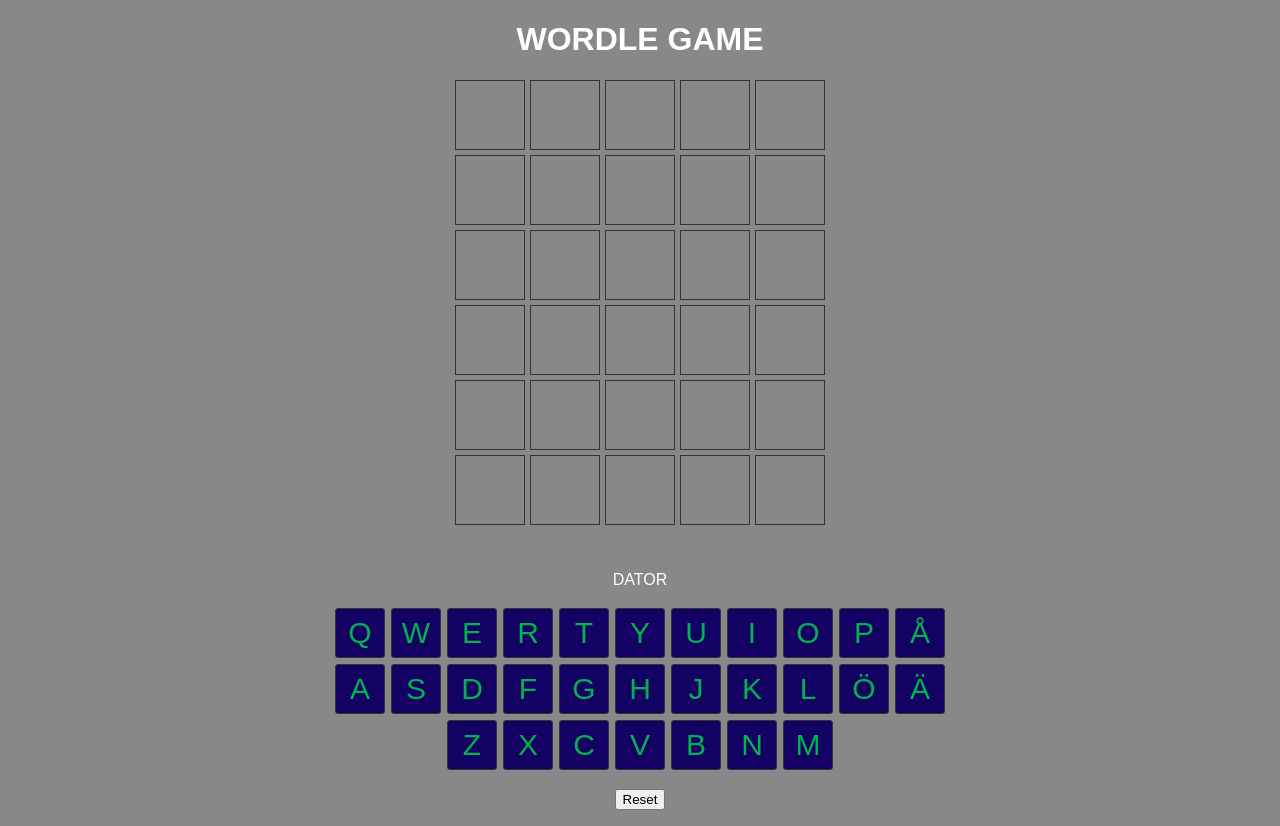
Repository: KarimIsaac/WorldeGame
Page: index.html
An editor plug-in stored every save of this project. The page is shown before and after the next save, followed by the edit.
The browser window is 1280 px wide. The pictures show the whole page.

Above is the page before, as saved 2022-03-13 07:25:04.

### index.html
<!DOCTYPE html>
<html lang="en">
<head>
    <meta charset="UTF-8">
    <meta http-equiv="X-UA-Compatible" content="IE=edge">
    <meta name="viewport" content="width=device-width, initial-scale=1.0">
    <title>Worlde Game</title>
    <link rel="stylesheet" href="style.css">
</head>
<body>

    <h1>Wordle Game</h1>
    <div id="grid"></div>
    <p id="answer"></p>
    <div id="keyboard"></div>

    <p>
      <button onClick="init()">Reset</button>
      </o>

      <script src="script.js"></script>
</body>
</html>

### style.css
html,
body {
  text-align: center;
  background: rgb(136, 136, 136);
  color: white;
  text-transform: uppercase;
  font-family: sans-serif;
}

#grid {
  display: inline-grid;
  grid-template-rows: repeat(6, 70px);
  grid-template-columns: repeat(5, 70px);
  gap: 5px;
  margin-bottom: 30px;
}

#grid div {
  border: 1px solid #333;
  display: flex;
  align-items: center;
  justify-content: center;
  font-size: 40px;
}

#keyboard button {
  appearance: none;
  border: 1px solid #333;
  background: rgb(19, 1, 100);
  color: rgb(0, 179, 80);
  font-size: 30px;
  display: inline-block;
  width: 50px;
  height: 50px;
  line-height: 1;
  margin: 3px;
  text-transform: uppercase;
  border-radius: 3px;
}

.answer{
display: none;

}

### script.js
const grid = document.getElementById("grid");
const keyboard = document.getElementById("keyboard");

let answer = "";

const words = [
, "spela"
, "äpple"
, "hoppa"
, "dansa"
, "dator"
, "cykla"
, "skola"
, "TRÄNA"
];

let attempts = [];
let currentAttempt = "";

function drawGrid() {
  grid.innerHTML = "";

  for (i = 0; i < 6; i++) {
    for (j = 0; j < 5; j++) {
      const cell = document.createElement("div");
      grid.appendChild(cell);
    }
  }
}

function drawKeyboard() {
  keyboard.innerHTML = "";

  renderKeyboardRow("qwertyuiopå");
  renderKeyboardRow("asdfghjklöä");
  renderKeyboardRow("zxcvbnm");
}

function renderKeyboardRow(chars) {
  const row = document.createElement("div");

  for (const c of chars) {
    const key = document.createElement("button");
    key.textContent = c;
    key.onclick = () => playLetter(c);

    row.appendChild(key);
  }

  keyboard.appendChild(row);
}

function renderAttempts() {
  for (i = 0; i < attempts.length; i++) {
    const attempt = attempts[i];

    for (j = 0; j < 5; j++) {
      const letter = attempt[j];

      cell = grid.children[i * 5 + j];
      cell.textContent = letter;

      if (letter === answer[j]) {
        cell.style.backgroundColor = "green";
      } else if (answer.includes(letter)) {
        cell.style.backgroundColor = "#bfbf2e";
      } else {
        cell.style.backgroundColor = "#000";
      }
    }
  }
}

function renderCurrentAttempt() {
  for (i = 0; i < 5; i++) {
    const letter = currentAttempt[i] || "";

    cell = grid.children[attempts.length * 5 + i];
    cell.textContent = letter;
  }
}

function playLetter(letter) {
  currentAttempt = currentAttempt + letter;

  renderCurrentAttempt();
}

function handleInput(e) {
  const key = e.key.toLowerCase();

  if (key === "enter" && currentAttempt.length === 5) {
    attempts.push(currentAttempt);
    currentAttempt = "";

    renderAttempts();
  }

  if (key === "backspace" && currentAttempt.length) {
    const letters = currentAttempt.split("");
    letters.pop();
    currentAttempt = letters.join("");

    renderCurrentAttempt();
  }

  if (/^[a-z]$/.test(key) && currentAttempt.length < 5) {
    playLetter(key);
  }
}

function init() {
  attempts = [];
  currentAttempt = "";

  answer = words[Math.floor(Math.random() * words.length)];

  document.getElementById("answer").textContent = answer;

  drawGrid();
  drawKeyboard();

  renderAttempts();
  renderCurrentAttempt();

  document.removeEventListener("keydown", handleInput);
  document.addEventListener("keydown", handleInput);
}

init();

After the next save:
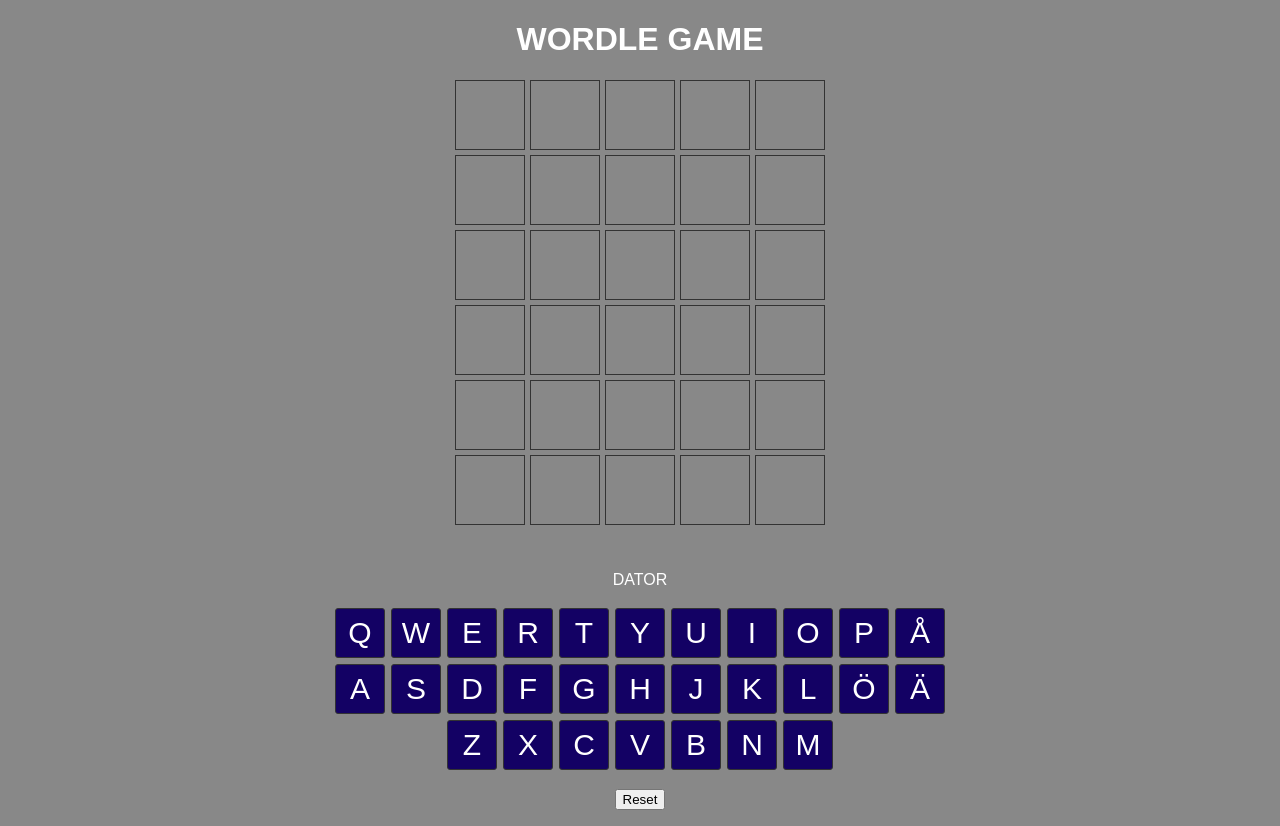
Saved 4 s later.
--- a/style.css
+++ b/style.css
@@ -27,7 +27,7 @@ body {
   appearance: none;
   border: 1px solid #333;
   background: rgb(19, 1, 100);
-  color: rgb(0, 179, 80);
+  color: rgb(255, 255, 255);
   font-size: 30px;
   display: inline-block;
   width: 50px;
